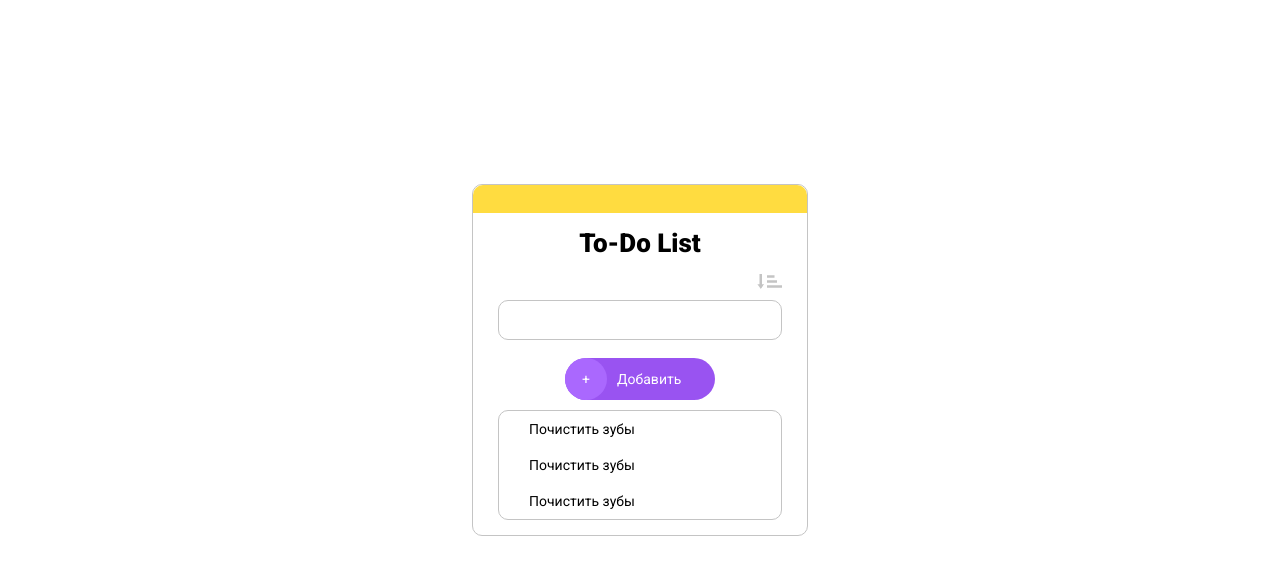
Repository: PoladEziz/Task-15
Page: index.html
An editor plug-in stored every save of this project. The page is shown before and after the next save, followed by the edit.
The browser window is 1280 px wide. The pictures show the whole page.
The style sheet was rebuilt from its Sass, Less or Tailwind sources for each picture, by a compiler version that may differ from the author's.

Above is the page before, as saved 2023-08-10 15:51:16.

After the next save:
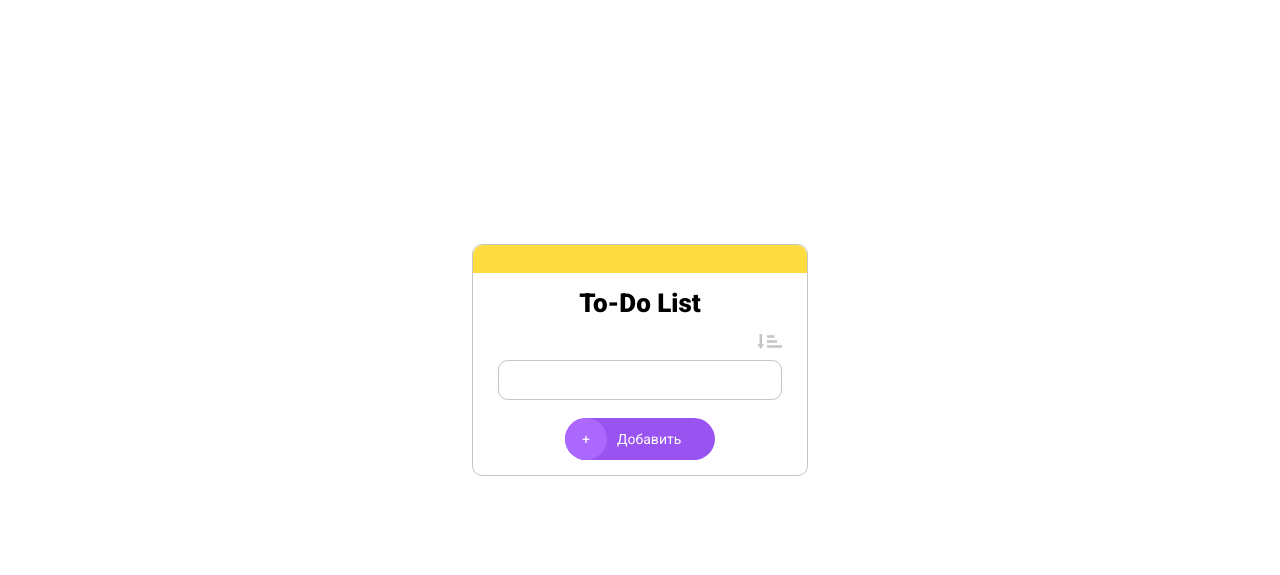
Saved 23 s later.
--- a/index.html
+++ b/index.html
@@ -18,7 +18,7 @@
                     <button><div>+</div><p>Добавить</p></button>
 
                 </form>
-                <ul>
+                <!-- <ul>
                     <li>
                         <p>Почистить зубы</p>
                     </li>
@@ -28,7 +28,7 @@
                     <li>
                         <p>Почистить зубы</p>
                     </li>
-                </ul>
+                </ul> -->
 
             </div>
         </div>

After the save that followed:
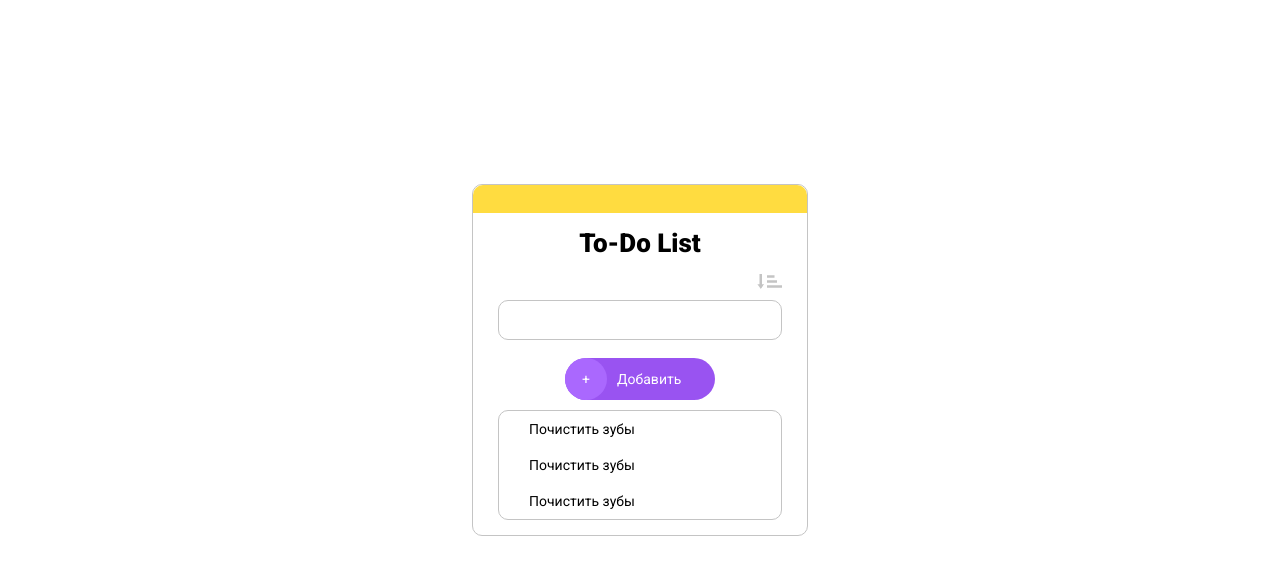
Saved 38 s later.
--- a/index.html
+++ b/index.html
@@ -18,7 +18,7 @@
                     <button><div>+</div><p>Добавить</p></button>
 
                 </form>
-                <!-- <ul>
+                <ul>
                     <li>
                         <p>Почистить зубы</p>
                     </li>
@@ -28,7 +28,7 @@
                     <li>
                         <p>Почистить зубы</p>
                     </li>
-                </ul> -->
+                </ul>
 
             </div>
         </div>
